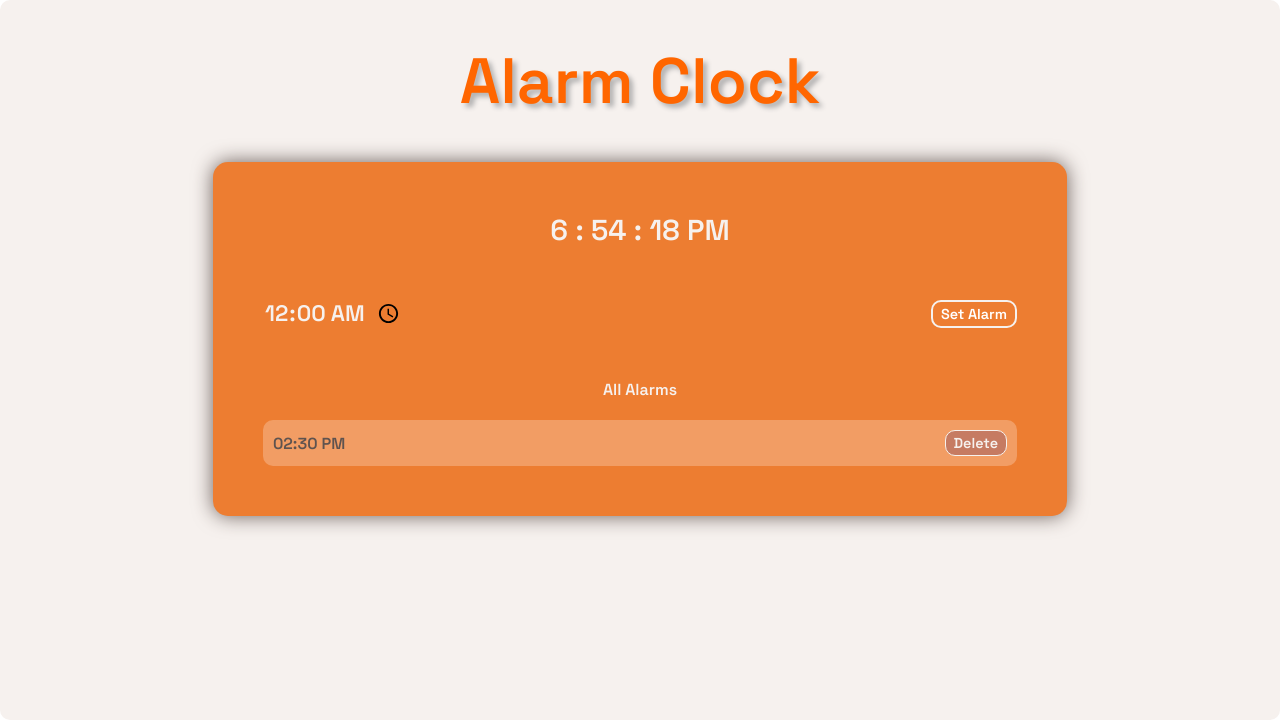
Repository: Pragya016/Alarm-Clock
Page: Index.html
The author's editor kept a copy of each file at every save. The page is drawn from the files as they stood at one save, then again after the next save.
The browser window is 1280 px wide. The pictures show the whole page.

Above is the page before, as saved 2024-01-19 22:33:56.

After the next save:
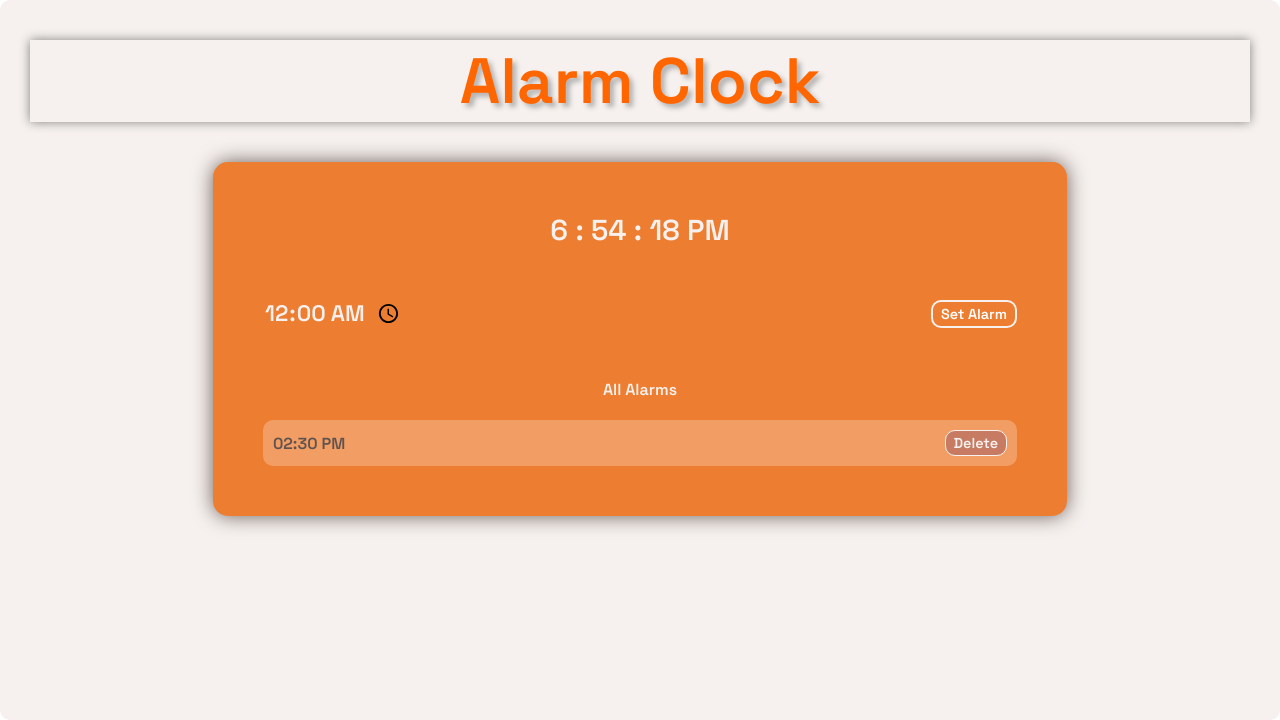
Saved 9 s later.
--- a/styles.css
+++ b/styles.css
@@ -34,7 +34,7 @@
 
 #box h1{
     color: var(--orangeShadeDark);
-    box-shadow: ;
+    box-shadow: 0 0 10px grey;
     text-align: center;
     margin-top: 10px;
     font-size: 4rem;

After the save that followed:
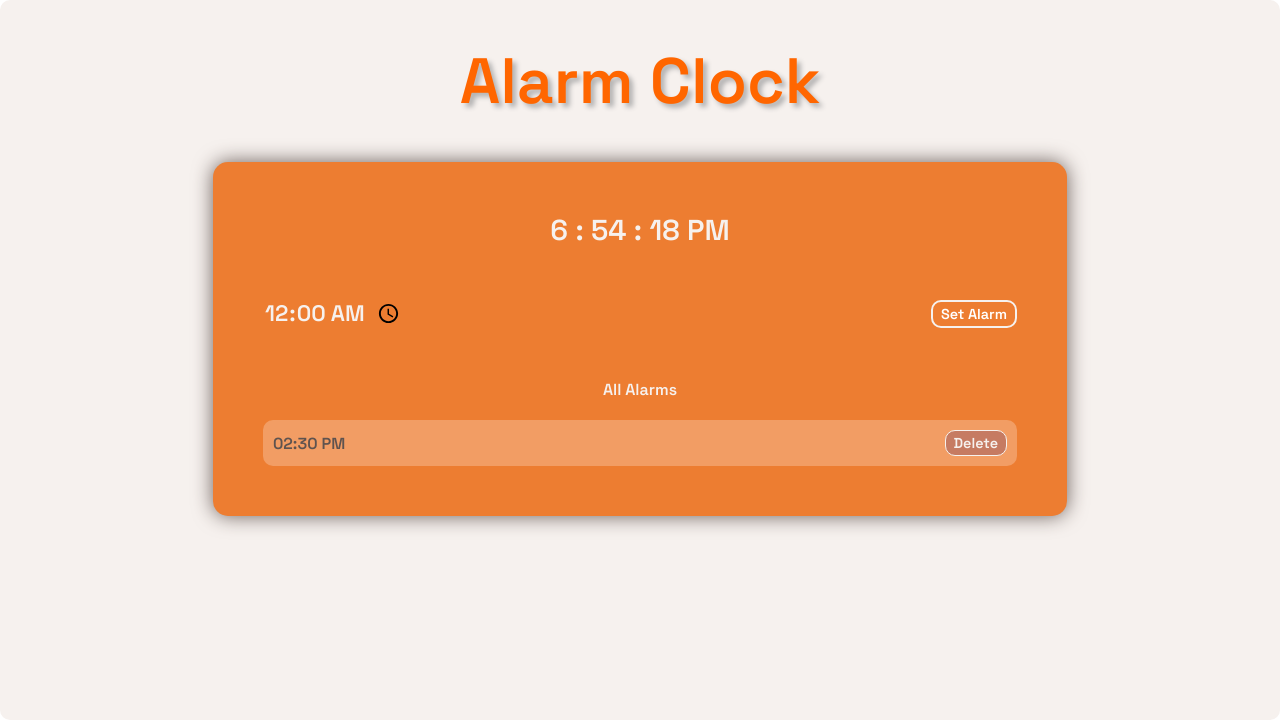
Saved 19 s later.
--- a/styles.css
+++ b/styles.css
@@ -34,7 +34,6 @@
 
 #box h1{
     color: var(--orangeShadeDark);
-    box-shadow: 0 0 10px grey;
     text-align: center;
     margin-top: 10px;
     font-size: 4rem;
